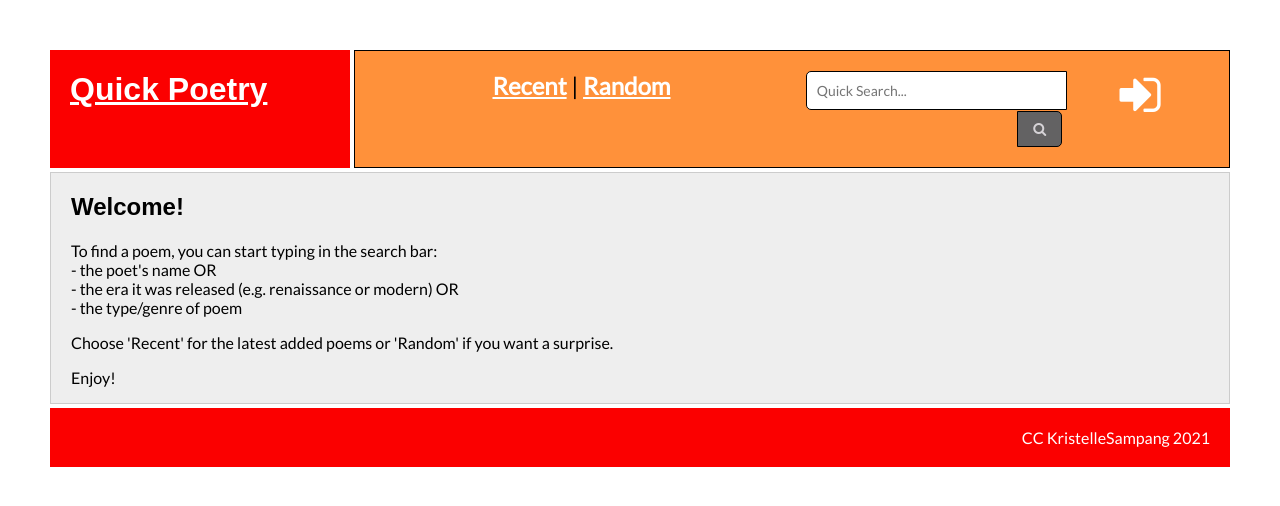
Repository: sampangk71280/Poetry_DB
Page: http://localhost/index.php?page=home
The author's editor kept a copy of each file at every save. The page is drawn from the files as they stood at one save, then again after the next save.
The browser window is 1280 px wide. The pictures show the whole page.
Some web fonts or font styles are not loaded; a fallback is used. The page is run by PHP 8.4 with error messages shown; the project is at /var/www/html/.

Above is the page before, as saved 2021-12-07 13:18:40.

### index.php
<!DOCTYPE HTML>

<?php

session_start();
include("config.php");
include("functions.php");

// connect to database
$dbconnect=mysqli_connect(DB_HOST,DB_USERNAME,DB_PASSWORD, DB_NAME);

if(mysqli_connect_errno()){
    echo "Connection failed:".mysqli_connect_error();
    exit;
}

?>


<html lang="en">

<?php include("content/head.php"); ?>

<body>

    <div class="wrapper">

            <?php include("content/heading_navigation.php") ?>

        <div class="box main">

                <?php

                if(!isset($_REQUEST['page'])) {
                    include("content/home.php");
                } // end of if includes home page

                else {
                    // prevents users from navigating through file system
                    $page=preg_replace('/[^0-9a-zA-Z]-/', '', $_REQUEST['page']);
                    include("content/$page.php");

                } // end of else that includes requested content

                ?>

        </div>    <!-- / main -->

        <?php include("content/footer.php"); ?>

    </div>  <!-- / wrapper  -->

</body>

### config.php
<?php

ini_set('display_errors', 'On');  // change to 'Off' when live

define ("DB_NAME","sampangk71280_L3_Poetry");
define ("DB_USERNAME","_sampangk71280");
define ("DB_PASSWORD","QANbMDYSVME7gpyR");
define ("DB_HOST","localhost");

?>

### functions.php
<?php

// function to 'clean' data
function test_input($data) {
	$data = trim($data);
	$data = htmlspecialchars($data); //  needed for correct special character rendering
	return $data;
}


// entity is subject, country, occupation etc
function autocomplete_list($dbconnect, $item_sql, $entity)
{
// Get entity / topic list from database
$all_items_query = mysqli_query($dbconnect, $item_sql);
$all_items_rs = mysqli_fetch_assoc($all_items_query);

// Make item arrays for autocomplete functionality...
while($row=mysqli_fetch_array($all_items_query))
{
  $item=$row[$entity];
  $items[] = $item;
}

$all_items=json_encode($items);
return $all_items;

}


// function to get subject, country & career ID's
function get_ID($dbconnect, $table_name, $column_ID, $column_name, $entity)
{

    if($entity=="")
    {
        return 0;
    }


    // get entity ID if it exists
    $findid_sql = "SELECT * FROM $table_name WHERE $column_name LIKE '$entity'";
    $findid_query = mysqli_query($dbconnect, $findid_sql);
    $findid_rs = mysqli_fetch_assoc($findid_query);
    $findid_count=mysqli_num_rows($findid_query);

    // If subject ID does exists, return it...
    if($findid_count > 0) {
        $find_ID = $findid_rs[$column_ID];
        return $find_ID;
    }   // end if (entity existed, ID returned)


    else {
        $add_entity_sql = "INSERT INTO $table_name ($column_ID, $column_name) VALUES (NULL, '$entity');";
        $add_entity_query = mysqli_query($dbconnect, $add_entity_sql);

    $new_id_sql = "SELECT * FROM $table_name WHERE $column_name LIKE '$entity'";
    $new_id_query = mysqli_query($dbconnect, $new_id_sql);
    $new_id_rs = mysqli_fetch_assoc($new_id_query);

    $new_id = $new_id_rs[$column_ID];

    return $new_id;

    }   // end else (entity added to table and ID returned)

} // end get ID function


function get_rs($dbconnect, $sql)
{
    $find_sql = $sql;
    $find_query = mysqli_query($dbconnect, $find_sql);
    $find_rs = mysqli_fetch_assoc($find_query);

    return $find_rs;
}


function country_job($dbconnect, $entity_1, $entity_2, $label_sg, $label_pl, $table, $entity_ID, $entity_name)
{

    $all_entities = array($entity_1, $entity_2);
    // loop through items and look up their values...

    // Counts # of countries that without ID zero...
    $num_entities = count(array_filter($all_entities));


    if ($num_entities == 1)
    {
    echo "<b>".$label_sg."</b>: ";
    }

    else { echo "<b>".$label_pl."</b>: ";}

    foreach ($all_entities as $entity) {

    $entity_sql = "SELECT * FROM $table WHERE $entity_ID = $entity";
    $entity_query = mysqli_query($dbconnect, $entity_sql);
    $entity_rs = mysqli_fetch_assoc($entity_query);

    if ($entity != 0) {

    ?>


    <span class="author_entity tag"><?php echo $entity_rs[$entity_name]; ?> </span> &nbsp;

    <?php

    } // end entity if

    // break reference with the last element as per the manual
    unset($entity);

    }

}

?>

### content/head.php
<head>
    <meta charset="UTF-8">
    <meta name="description" content="Site featuring poetry from famous authors">
    <meta name="keywords" content="quotes, famous, author, writer, sportsman,
    political activist, sayings, poetry">
    <meta name="author" content="Kristelle Sampang">
    <meta name="viewport" content="width=device-width, initial-scale=1.0">

    <title>Quick Poetry</title>

    <!-- Edit the link below / replace with your chosen google font -->
    <link href="https://fonts.googleapis.com/css?family=Lato%7cUbuntu" rel="stylesheet">

    <!-- Edit the name of your style sheet - 'foo' is not a valid name!! -->
    <link rel="stylesheet" href="theme/quick_poetry.css">
        <link rel="stylesheet" href="theme/font-awesome.min.css">

</head>

### content/heading_navigation.php

        <div class="box banner">


            <h1><a class="heading" href = "index.php?page=home">Quick Poetry</a></h1>
        </div>    <!-- / banner -->

        <!-- Navigation goes here.  Edit BOTH the file name and the link name -->
        <div class="box nav">

            <div class="linkwrapper">
                <div class="commonsearches">
                    <a href="index.php?page=recent">Recent</a> |
                    <a href="index.php?page=random">Random</a>
                </div>  <!-- / common searches -->

                 <div class="topsearch">

                    <!-- Quick Search -->
                    <form method="post" action="index.php?page=quick_search"
                    enctype="multipart/form-data">

                        <input class="search quicksearch" type="text"
                        name="quick_search" size="40" value="" required placeholder="Quick Search..." />

                        <input class="submit" type="submit" name="find_quick" value="&#xf002;" />

                    </form>     <!-- / quick search -->

                </div>  <!-- / top search -->

                <div class="topadmin">

                <?php

                    if (isset($_SESSION['admin'])) {

                    ?>

                    <a href="index.php?page=../admin/new_poem" title="Add a quote"><i class="fa fa-plus fa-2x"></i></a>

                    &nbsp; &nbsp;

                    <a href="index.php?page=../admin/logout" title="Log Out">
                        <i class="fa fa-sign-out fa-2x"></i>
                    </a>

                    <?php
                    } // end user if logged in if

                    else {
                        ?>

                    <a href="index.php?page=../admin/login" title="Log In">
                        <i class="fa fa-sign-in fa-2x"></i>
                    </a>

                    <?php // end of login else
                    }

                    ?>


                </div>  <!-- / top admin -->

            </div>  <!--- / link wrapper -->

        </div>    <!-- / nav -->

### content/home.php
<h2>Welcome!</h2>

            <p>
                To find a poem, you can start typing in the search bar: <br/>
                - the poet's name OR <br/>
                - the era it was released (e.g. renaissance or modern) OR <br/>
                - the type/genre of poem
            </p>

            <p>
                Choose 'Recent' for the latest added poems or 'Random' if you want a surprise.
            </p>

            <p>
                Enjoy!
            </p>

### content/footer.php
<div class="box footer">
            CC KristelleSampang 2021
        </div>    <!-- / footer -->

### theme/quick_poetry.css
body {
    margin: auto;
    padding: 50px;
    color: #000;
    font-family: 'Lato', sans-serif;
}

/* Box (for corners & padding) */
.box {
    padding-left: 20px;
    /* border-radius: 10px; */
    background-color: #ddd;
}


/* Set up grids... specifics */

/*  #### Grid for Main page #### */


.wrapper {
    display: grid;
    grid-template-columns: 300px 1fr;
    grid-template-rows: auto;
    grid-template-areas:
        "banner nav"
        "main main"
        "footer footer";
        grid-gap: 4px;

}
@media only screen and (max-width: 1100px){
    .wrapper{
    grid-template-columns: auto;
    grid-template-rows: auto;
    grid-template-areas:
        "banner"
        "nav"
        "main"
        "footer";
    }
}
.banner {
    grid-area: banner;
}

.nav {
    grid-area: nav;
    background-color: #ff913a;  /* orange  */
    font-size: 150%;
    padding: 20px;
    vertical-align: middle;
    border: solid 1px;
}

.main {
    grid-area: main;
    background-color: #eee;  /* very pale grey */
    border: solid 1px #CCC;
}


.footer {
    grid-area: footer;
    text-align: right;
    padding: 20px;
}

/*  #### Grid for Navigation area page #### */

.linkwrapper {
    display: grid;
    grid-template-columns: 3fr 2fr 1fr;
    grid-template-areas:
        "commonsearches topsearch topadmin";
    grid-gap: 4px;
}


.commonsearches {
    grid-area: commonsearches;
    text-align: center;
}

.topsearch {
    grid-area: topsearch;
    text-align: right;
}

.topadmin {
    grid-area: topadmin;
    text-align: center;
}

/* Make navigation responsive */

@media only screen and (max-width: 800px){
    .linkwrapper{
        grid-template-columns: auto;
        grid-template-rows: auto;
        grid-template-areas:
            "commonsearches commonsearches"
            "topsearch topadmim";
    }

    .commonsearches{
        text-align: left;
    }

    .topsearch{
        text-align: left;
    }

    .topadmin {
        text-align: right;
    }
}

/* ### Additional div styling (put colours / corners here) */


/* Area colouring... */

/* logo, banner and footer background are the same */
.banner, .footer {
    background-color: #fb0000;  /* bold red */
}

/* Set font on dark areas to white */
.logo, .banner, .side, .footer {
    color: #fff;
}

/* #### Links Styling  #### */

/* Navigation Links */
a.topnav {font-weight: bold;}
a.topnav:link, a.topnav:visited {color: #007c72;} /*dark teal */
a.topnav:hover {color: #707a00; text-decoration: none;}


/* links in page */
a {font-weight: bold;}
a:link{color: #ffffff;} /* white */
a:visited{color: #000;} /* black */
a:hover{color: gainsboro;}

/* #### Headings / text styling #### */
h1, h2, h3, h4 {
    font-family: 'Ubuntu', sans-serif;
}

h5 {
    font-family: 'Ubuntu', sans-serif;
    font-weight: bold;
    font-size: 16px;
}

.sub_heading {
    font-family: 'Ubuntu', sans-serif;
    color: #593849; /* purple */
    font-weight: bold;
}

/* ### Form / Search  Styling #### */

form {
    width: 100%;
    float: left;
}

.search {
    background:#fff;
    width: 75%;
}

.submit::-moz-focus-inner {
    border: 0;
}


.submit {
    font-family: FontAwesome, 'Helvetica Neue', Helvetica, Arial, sans-serif;
    position:relative;
    width: 45px;
    font-size: 14px;

    left:-5px;
    background-color: #636263;
    color:#d6d3d7;
    border: 1px solid #000;
    border-radius: 0 5px 5px 0;
    display: inline-block;
    padding: 10px;
}


input[type="submit"]:hover {
    background-color: #000;
}


input {
    font-size: 14px;
    padding: 10px;
    display: inline-block;
    border: 1px solid #000;
    box-sizing: border-box;
}


.quicksearch {
    border-radius: 5px 0 0 5px;
    display: inline-block;
    position: relative;
}

/* ### Results styling, includes 'tags' button ### */
.results{
    background-color:#D2D2D2;
    border: solid 1px #000;
    padding: 10px;

    margin-right: 20px;
    border-radius: 20px;
}

.tag{
    background-color: #ff913a ;  /* orange like heading*/
    padding: 5px;
    padding-left: 10px;
    padding-right: 10px;
    border: solid 1px #000;
    border-radius: 5px;
}
.authortag{
    background-color: #FFA660; /* orange */
    padding: 5px;
    padding-left: 10px;
    padding-right: 10px;
    border: solid 1px #000;
    border-radius: 5px;
}

.deletetag{
    background-color: #FFA660 ;
    padding: 5px;
    padding-left: 10px;
    padding-right: 10px;
    border: solid 1px #000;
    border-radius: 5px;
}

.deletetagno{
    background-color: #ff4646 ;
    padding: 5px;
    padding-left: 10px;
    padding-right: 10px;
    border: solid 1px #000;
    border-radius: 5px;
}

.about{
    background: #FFEC00; /* yellow */
    border: solid 1px #E9D800; /* yellow but slightly darker*/
    padding: 10px;
    border-radius: 10px;
    margin-right: 20px;
}

.error{
    background-color:  #ffcece;
    color: #721a1a;
    border-radius: 10px;
    padding: 10px;
    border: solid 1px #721a1a;

}

/* editing tools formatting */
.edit-tools {
    text-align: right;
    padding-right: 20px;
}

/* Form Formatting css */

/* make height of drop downs slightly larger */
select {
    height: 40px;
    padding: 5px;
}

/* controls input field on autocomplete boxes (pink for error,
white for OK) */

input.tag-error[type=text]{
    background-color: #ff9e9e;
}

input.tag-ok[type=text]{
    background-color: #fff;

}

/* field backgrounds */
.form-ok{
    background-color: #fff;

}

.form-error{
    background-color: #ff9e9e;
}

/* error messages */
.no-error {
    display: none;
}

.error-text{
    color: darkred;
}

textarea,
input[type=text] {
    font-family: 'Lato', sans-serif;
    padding: 10px;
    border-width: 1px;
    margin: auto;
    width: 95%;
}

.add-field {
    width: 95%;
}

textarea {
    width: 90%;
    max-width: 700px;
}

Loaded but not shown: theme/font-awesome.min.css (library)

After the next save:
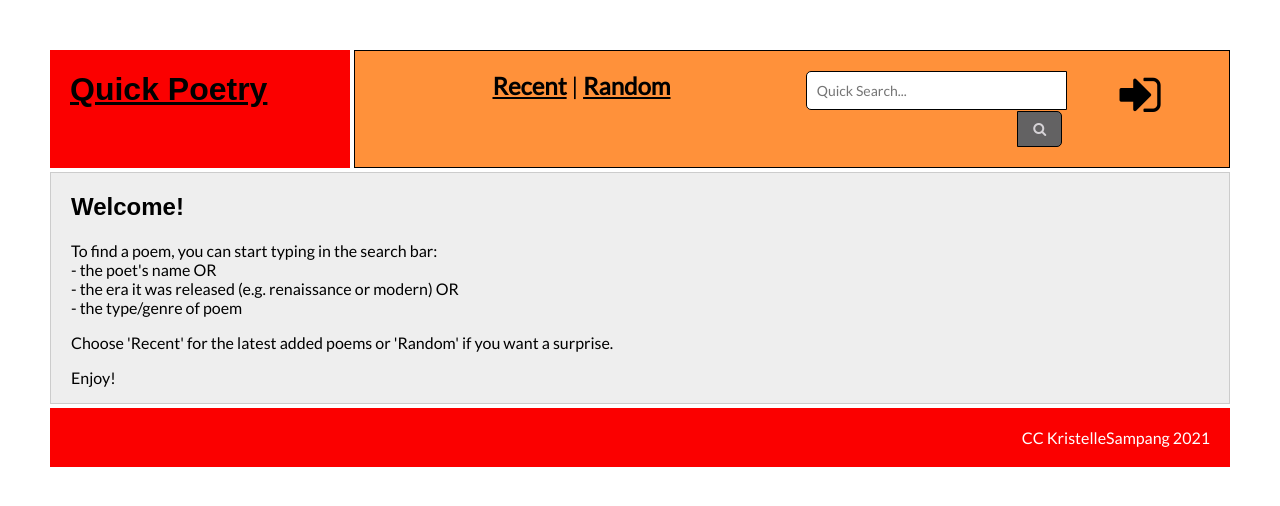
Saved 3 min 12 s later.
--- a/theme/quick_poetry.css
+++ b/theme/quick_poetry.css
@@ -141,8 +141,8 @@ a.topnav:hover {color: #707a00; text-decoration: none;}
 
 /* links in page */
 a {font-weight: bold;}
-a:link{color: #ffffff;} /* white */
-a:visited{color: #000;} /* black */
+a:link{color: #000;} /* white */
+a:visited{color: rgb(36, 36, 36);} /* black */
 a:hover{color: gainsboro;}
 
 /* #### Headings / text styling #### */
